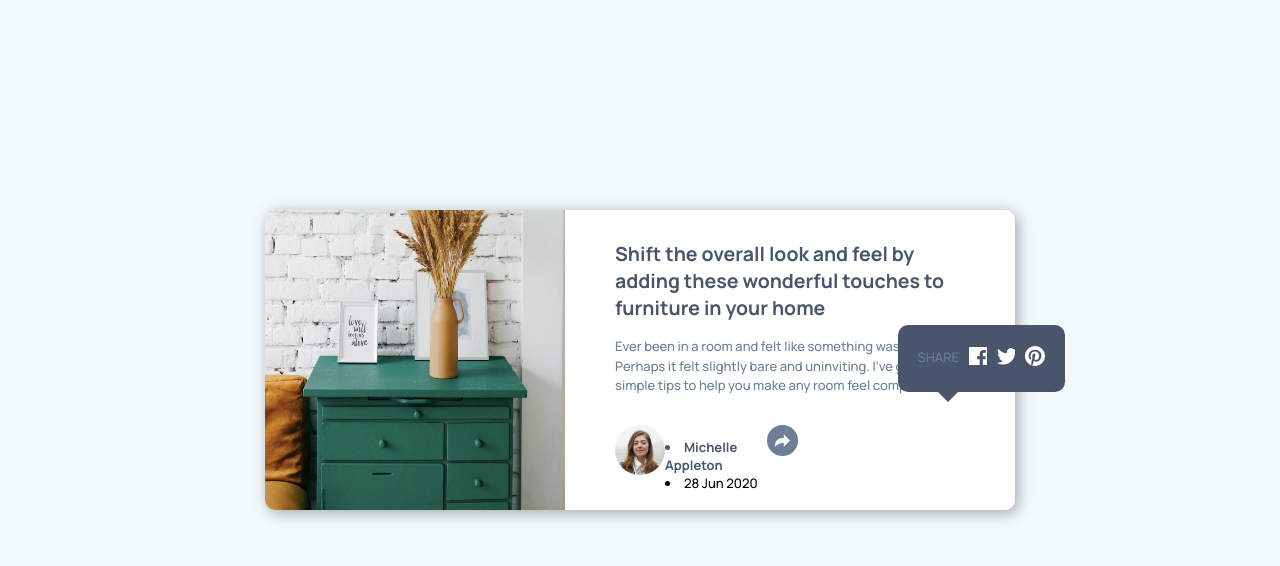
Repository: ellenliao95/frontend-mentor-solution
Page: article-preview-component-master/index.html
The author's editor kept a copy of each file at every save. The page is drawn from the files as they stood at one save, then again after the next save.
The browser window is 1280 px wide. The pictures show the whole page.

Above is the page before, as saved 2023-03-17 11:27:56.

After the next save:
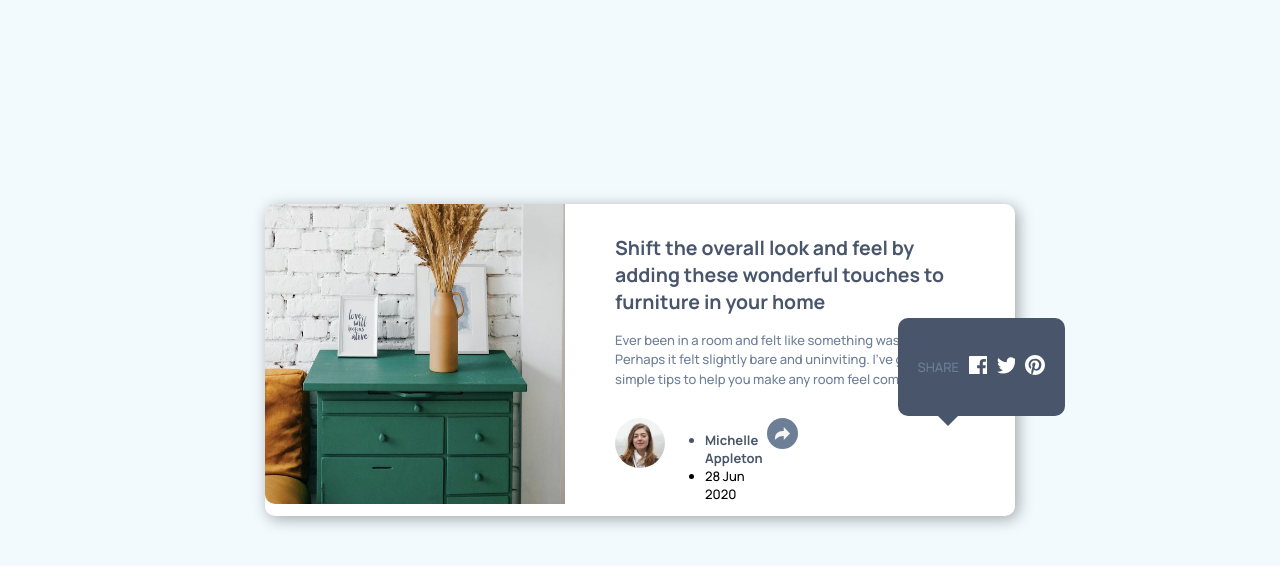
Saved 10 s later.
--- a/article-preview-component-master/index.html
+++ b/article-preview-component-master/index.html
@@ -34,9 +34,9 @@
           <img src="images/avatar-michelle.jpg" alt="me" id="head-img">
           <div id="head-text">
             <ul>
+              <li id="name">Michelle Appleton</li>
+              <li>28 Jun 2020</li>
             </ul>
-            <li id="name">Michelle Appleton</li>
-            <li>28 Jun 2020</li>
           </div>
 
           <div class="share-icon">
